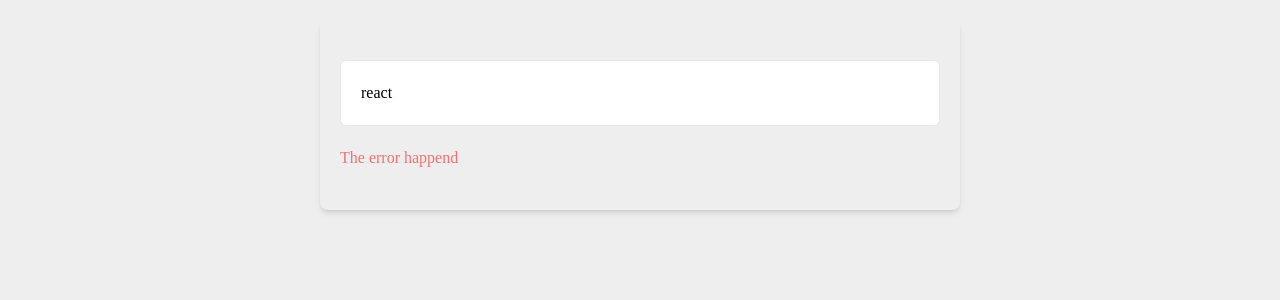
Repository: 16-Doffy/Fe-Khhoahoc
Page: /
An editor plug-in stored every save of this project. The page is shown before and after the next save, followed by the edit.
The browser window is 1280 px wide. The pictures show the whole page.
The page's requests for data from a server got no answer. The project was rebuilt for these pictures with package versions that can differ from the ones it lists, and the page was loaded fresh each time. No one was signed in, and anything a server would have sent is missing. Also part of the build but not shown: src/App.css.

Above is the page before, as saved 2025-01-14 15:46:21.

### src/index.js
import React from 'react';
import ReactDOM from 'react-dom/client';
import './index.css';
import App from './App';
import reportWebVitals from './reportWebVitals';
import "./index.scss"
const root = ReactDOM.createRoot(document.getElementById('root'));
root.render(
  <React.StrictMode>
    <App />
  </React.StrictMode>
);

// If you want to start measuring performance in your app, pass a function
// to log results (for example: reportWebVitals(console.log))
// or send to an analytics endpoint. Learn more: https://bit.ly/CRA-vitals
reportWebVitals();

### src/App.js

import "./App.css";
import HackerNews from "./components/news/HackerNews";



const App = () => {
  return (

    <HackerNews></HackerNews>
  );
};

export default App;













//<CardList><Card2/>
// const theme = {
//   //wanna change color in the future come here to change
//   colors: {
//     blue: "#2979ff",
//   },
//   orange: "#ffa440",
// };
// {/* <ThemeProvider theme={theme}>
// <CardList>
// <Card2 secondary={true}></Card2>
// <Card2 secondary={false}></Card2>
// <Card2 secondary={true}></Card2>
// <Card2 secondary={false}></Card2>
// <Card2 secondary={true}></Card2>
//  </CardList>
// </ThemeProvider> */}

### src/index.scss
@tailwind base;
@tailwind components;
@tailwind utilities;

@layer base {
    @import url("https://fonts.googleapis.com/css2?family=Poppins:ital,wght@0,100;0,200;0,300;0,400;0,500;0,600;0,700;0,800;0,900;1,100;1,200;1,300;1,400;1,500;1,600;1,700;1,800;1,900&display=swap");
    body{
        font-family: "Poppins", serif;
    }
}

### src/components/news/HackerNews.js
import axios from "axios";
import React, { useState, useEffect, useRef } from "react";
import lodash from "lodash";
// http://hn.algolia.com/api/v1/search?query=react
const HackerNews = () => {
  const [hits, setHits] = useState([]);
  const [query, setQuery] = useState("react");
  const [loading, setLoading] = useState(true);
  const [error, setError] = useState("");
  const handleFetchResponse = useRef({});
  handleFetchResponse.curent = async () => {
    setLoading(true);
    try {
      const response = await axios.get(
        `http://hn.algolia.com/api/v1/search?query=${query}`
      );
      setHits(response.data?.hits || []);
      setLoading(false);
    } catch {
      // console.log(response);
      setLoading(false);
      setError(`The error happend ${error}`);
    }
  };
  const handleUpdateQuery = lodash.debounce((e) => {
    setQuery(e.target.value);
  }, 100);
  useEffect(() => {
    handleFetchResponse.curent();
  }, [query]);
  return (
    <div className=" mx-auto mt-5 p-5 rounded-lg shadow-md w-2/4">
      <input
        type="text"
        className="
          border border-blue-1000
          text-black p-5 mb-5 mt-5 block w-full
           rounded-md focus:border-blue-400"
        placeholder="Enter your keyword..."
        defaultValue={query}
        onChange={handleUpdateQuery}
      />
      {loading && (
        <div
          className=" loading w-8 h-8  rounded-full  border-blue-300 border-4
    border-r-4 border-r-transparent animate-spin mx-auto"
        ></div>
      )}
      {!loading && error && <p className="text-red-400 my-5">{error}</p>}
      <div class="flex flex-wrap gap-5">
        {!loading &&
          hits.length > 0 &&
          hits.map((item, index) => (
            <h3
              className="
             p-3 bg-gray-300 rounded-sm"
              key={item.title}
            >
              {item.title}
            </h3>
          ))}
      </div>
    </div>
  );
};

export default HackerNews;

### tailwind.config.js
/** @type {import('tailwindcss').Config} */
module.exports = {
  mode: "jit",
  content: ["./src/**/*.{html,js}"],
  theme: {
    extend: {
      backgroundImage: {
        'radiant': `linear-gradient(0.25turn, #3f87a6, #ebf8e1, #f69d3c)`,
        'footer-texture': "url('/img/footer-texture.png')", // Sửa ở đây
        'secondary-radiant': `linear-gradient(#e66465, #9198e5)`,
      },
    },
  },
  plugins: [],
}

Loaded but not shown: public/index.html (common file); src/index.css (common file); src/reportWebVitals.js (common file)

After the next save:
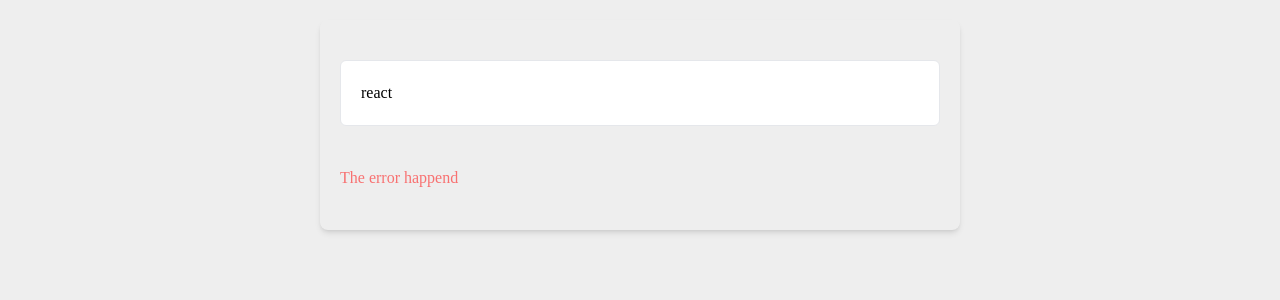
Saved 2 min 15 s later.
--- a/src/components/news/HackerNews.js
+++ b/src/components/news/HackerNews.js
@@ -30,7 +30,8 @@ const HackerNews = () => {
   }, [query]);
   return (
     <div className=" mx-auto mt-5 p-5 rounded-lg shadow-md w-2/4">
-      <input
+    <div class="flex">
+    <input
         type="text"
         className="
           border border-blue-1000
@@ -40,6 +41,11 @@ const HackerNews = () => {
         defaultValue={query}
         onChange={handleUpdateQuery}
       />
+
+
+
+    </div>
+
       {loading && (
         <div
           className=" loading w-8 h-8  rounded-full  border-blue-300 border-4
